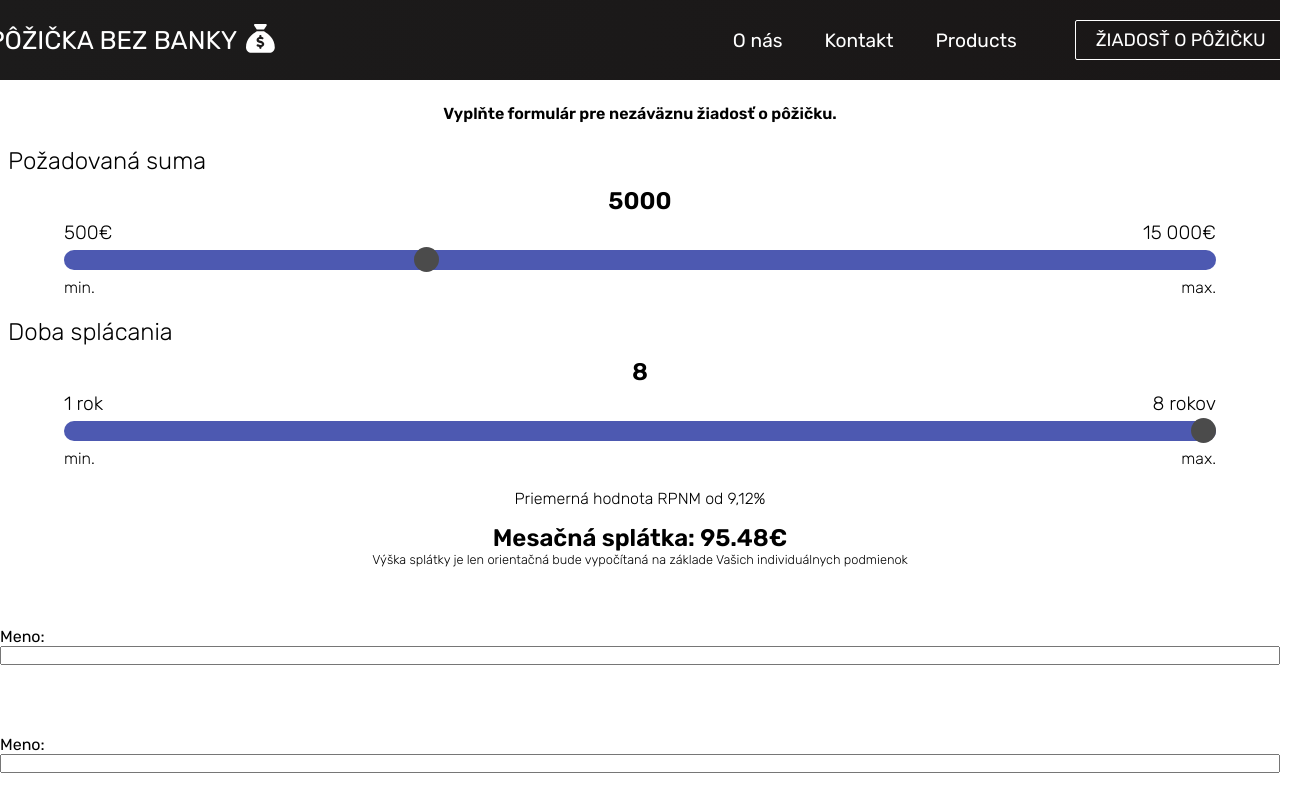
Repository: steve-lgtm/React-website-pozickabezbanky
Page: /ziadost
An editor plug-in stored every save of this project. The page is shown before and after the next save, followed by the edit.
The browser window is 1280 px wide. The page is 1305 px wide, so the pictures cover 1305 px, including what lies to the right of the window. The pictures show the whole page.
Some web libraries are served in a nearby version. The project was rebuilt for these pictures with package versions that can differ from the ones it lists, and the page was loaded fresh each time. Also part of the build but not shown: src/components/pages/Home.js, src/components/pages/Kontakt.js, src/components/pages/Products.js.

Above is the page before, as saved 2022-07-09 00:03:31.

### src/App.js
import React from 'react';
import Navbar from './components/Navbar';
import './App.css';
import Home from './components/pages/Home.js';
import { BrowserRouter as Router, Routes, Route } from 'react-router-dom';
import Kontakt from './components/pages/Kontakt';
import Products from './components/pages/Products';
import Ziadost from './components/pages/Ziadost';
import { library } from '@fortawesome/fontawesome-svg-core'
import { fas } from '@fortawesome/free-solid-svg-icons'


library.add(fas)


function App() {
  return (
      <Router>
        <Navbar />
        <Routes>
          <Route path='/' exact element={<Home />} />
          <Route path='/kontakt' element={<Kontakt/>} />
          <Route path='/products' element={<Products/>} />
          <Route path='/ziadost' element={<Ziadost/>} />
        </Routes>
      </Router>
  );
}

export default App;

### src/components/Navbar.js
import React, { useState, useEffect } from 'react';
import { Button } from './Button';
import { Link } from 'react-router-dom';
import './Navbar.css';
import { FontAwesomeIcon } from '@fortawesome/react-fontawesome';

function Navbar() {
  const [click, setClick] = useState(false);
  const [button, setButton] = useState(true);

  const handleClick = () => setClick(!click);
  const closeMobileMenu = () => setClick(false);

  const showButton = () => {
    if (window.innerWidth <= 1040) {
      setButton(false);
    } else {
      setButton(true);
    }
  };

  useEffect(() => {
    showButton();
  }, []);

  window.addEventListener('resize', showButton);

  return (
    <>
      <nav className='navbar'>
        <div className='navbar-container'>
          <Link to='/' className='navbar-logo' onClick={closeMobileMenu}>
            PÔŽIČKA BEZ BANKY
           {/* <FontAwesomeIcon icon="fa-solid fa-money-bill-1-wave" className='nav-icon'/> */}
           <FontAwesomeIcon icon="fa-solid fa-sack-dollar" className='nav-icon' />
          </Link>
          <div className='menu-icon' onClick={handleClick}>
            <i className={click ? 'fas fa-times' : 'fas fa-bars'} />
          </div>
          <ul className={click ? 'nav-menu active' : 'nav-menu'}>
            <li className='nav-item'>
              <Link to='/' className='nav-links' onClick={closeMobileMenu}>
                O nás
              </Link>
            </li>
            <li className='nav-item'>
              <Link
                to='/kontakt'
                className='nav-links'
                onClick={closeMobileMenu}
              >
                Kontakt
              </Link>
            </li>
            <li className='nav-item'>
              <Link
                to='/products'
                className='nav-links'
                onClick={closeMobileMenu}
              >
                Products
              </Link>
            </li>

            <li>
              <Link
                to='/ziadost'
                className='nav-links-mobile'
                onClick={closeMobileMenu}
              >
                ŽIADOSŤ O PÔŽIČKU
              </Link>
            </li>
          </ul>
          {button && <Button buttonStyle='btn--outline'>ŽIADOSŤ O PÔŽIČKU</Button>}
        </div>
      </nav>
    </>
  );
}

export default Navbar;

### src/App.css
@import url('https://fonts.googleapis.com/css2?family=Rubik:wght@300;400;600&display=swap');
* {
  box-sizing: border-box;
  margin: 0;
  padding: 0;
  font-family: 'Rubik', sans-serif;



}

.home,
.services,
.products,
.sign-up {
  display: flex;
  height: 89vh;
  align-items: center;
  justify-content: center;
  font-size: 3rem;
}

.services {
  background-color: blue;
  background-size: cover;
  background-repeat: no-repeat;
  color: rgb(0, 0, 0);
  font-size: 20px;
}

.products {
  background-color: blue;
  background-position: center;
  background-size: cover;
  background-repeat: no-repeat;
  color: #fff;
  font-size: 100 rem;
}

.sign-up {
  background-position: center;
  background-size: cover;
  background-repeat: no-repeat;
  color: rgb(0, 0, 0);
  font-size: 100px;
}
.home {
  background-position: center;
  background-size: cover;
  background-repeat: no-repeat;
  color: rgb(0, 0, 0);
  font-size: 100px;
}

### src/components/pages/Ziadost.js
import React from 'react';
import '../../App.css';
import './Ziadost.css'
import { useState } from 'react';
import { useFormik} from 'formik'

function PMT(ir, np, pv, fv, type) {

  //  * ir   - interest rate per month
  //  * np   - number of periods (months)
   // * pv   - present value
   // * fv   - future value
  //  * type - when the payments are due:
 //   *        0: end of the period, e.g. end of month (default)
  //  *        1: beginning of period

   var pmt, pvif;

   fv || (fv = 0);
   type || (type = 0);

   if (ir === 0)
       return -(pv + fv)/np;

   pvif = Math.pow(1 + ir, np);
   pmt = - ir * pv * (pvif + fv) / (pvif - 1);

   if (type === 1)
       pmt /= (1 + ir);


   return pmt;}

export default function Ziadost() {
  const [mounthAmount, setMounthAmount] = useState(95.48);
  const formik =  useFormik({
    initialValues: {
      amount: 5000,
      period: 8
    }
  });

 const changeAmount = (e) => {
  let urk_sdz = 0.1834;
  if(e.target.name==='amount'){
    let urk_sdz = 0.1834;
    if ( formik.values.period===1) urk_sdz = 0.3910;
    if ( formik.values.period>1 && formik.values.period<6 ) urk_sdz = 0.2098; //0.22;
    if ( formik.values.period>5 && formik.values.period<9 ) urk_sdz = 0.1834;
    let finalAmount = Math.round(PMT(Math.pow((1+urk_sdz),1/12)-1,(formik.values.period*12),-1*e.target.value)*100) /100;
  setMounthAmount(finalAmount)}

  if(e.target.name==='period'){
    if ( e.target.value===1) urk_sdz = 0.3910;
    if ( e.target.value>1 && e.target.value<6 ) urk_sdz = 0.2098; //0.22;
    if ( e.target.value>5 && e.target.value<9 ) urk_sdz = 0.1834;
    let finalAmount = Math.round(PMT(Math.pow((1+urk_sdz),1/12)-1,(e.target.value*12),-1*formik.values.amount)*100) /100;
    setMounthAmount(finalAmount)}
  };
  return (
    <>
      <h1 className='header-form'>
          Vyplňte formulár pre nezáväznu žiadosť o pôžičku.
        </h1>
      <form>
      <div className='container-form'>
        <div className='section-name'>Požadovaná suma</div>
            <h2>{formik.values.amount}</h2>
            <div className="containerslider">
                <div className="pullleft" style={{fontSize:"1.2rem"}}>
                    500€
                </div>
                <div className="pullright" style={{fontSize:"1.2rem"}}>
                    15 000€
                </div>
            <input type="range" name="amount" step="100" min="500" max="15000" onChange={(e) =>{formik.handleChange(e); changeAmount(e)}} value={formik.values.amount} className="slider" id="suma"/>
            <div className="pullleft" style={{fontSize: "1rem"}}>
                min.
            </div>
            <div className="pullright" style={{fontSize: "1rem"}}>
                max.
            </div>
            </div>

       <div className='section-name'>Doba splácania</div>
       <h2>{formik.values.period}</h2>
            <div className="containerslider">
                <div className="pullleft" style={{fontSize:"1.2rem"}}>
                    1 rok
                </div>
                <div className="pullright" style={{fontSize:"1.2rem"}}>
                    8 rokov
                </div>
            <input type="range" name="period" step="1" min="1" max="8" onChange={(e) => {formik.handleChange(e); changeAmount(e)}} value={formik.values.period} className="slider" id="doba"/>
            <div className="pullleft" style={{fontSize: "1rem"}}>
                min.
            </div>
            <div className="pullright" style={{fontSize: "1rem"}}>
                max.
            </div>
            </div>
            <div className="info">
        Priemerná hodnota RPNM od 9,12%
        </div>
        <h2> Mesačná splátka: {mounthAmount}€</h2>
        <div className="info2">
            Výška splátky je len orientačná bude vypočítaná na základe Vašich individuálnych podmienok
        </div>
            </div>
            <div className='section-name'></div>
          <div className='personal-data'>
            <div className='personal-data-field'>
          <label for="nameElm">Meno:</label>
      <input required type="text" name="Meno" id="nameid" size="15" maxlength="50" oninvalid="alert('Vyplňte meno!');"/>
      </div>
      <div className='personal-data-field'>
      <label for="nameElm">Meno:</label>
      <input required type="text" name="Meno" id="nameid" size="15" maxlength="50" oninvalid="alert('Vyplňte meno!');"/>
            </div>
            </div>
      </form>

    </>
  );
}

### src/components/Button.js
// import React from 'react';
// import './Button.css';
// import { Link } from 'react-router-dom';

// export function Button() {
//   return (
//     <Link to='sign-up'>
//       <button className='btn'>Sign Up</button>
//     </Link>
//   );
// }

import React from 'react';
import './Button.css';
import { Link } from 'react-router-dom';

const STYLES = ['btn--primary', 'btn--outline', 'btn--test'];

const SIZES = ['btn--medium', 'btn--large'];

export const Button = ({
  children,
  type,
  onClick,
  buttonStyle,
  buttonSize
}) => {
  const checkButtonStyle = STYLES.includes(buttonStyle)
    ? buttonStyle
    : STYLES[0];

  const checkButtonSize = SIZES.includes(buttonSize) ? buttonSize : SIZES[0];

  return (
    <Link to='/ziadost' className='btn-mobile'>
      <button
        className={`btn ${checkButtonStyle} ${checkButtonSize}`}
        onClick={onClick}
        type={type}
      >
        {children}
      </button>
    </Link>
  );
};

### src/components/Navbar.css
.navbar {
    background: linear-gradient(90deg, rgb(28, 27, 27) 0%, rgb(26, 23, 23) 100%);
    height: 80px;
    display: flex;
    justify-content: center;
    align-items: center;
    font-size: 1.2rem;
    position: sticky;
    top: 0;
    z-index: 999;
    font-weight: 400;
    white-space: nowrap;
  }

  .navbar-container {
    display: flex;
    justify-content: center;
    align-items: center;
    height: 80px;
    max-width: 1500px;
  }

  .navbar-logo {
    color: #fff;
    justify-self: start;
    margin-left: 0.5em;
    cursor: pointer;
    text-decoration: none;
    font-size: 1.6rem;
    display: flex;
    align-items: center;

  }

  .nav-icon {
    margin-left: 0.3em;
    margin-bottom: 0.1em;
    font-size: 1.8rem;
  }

  .nav-menu {
    display: grid;
    grid-template-columns: repeat(4, auto);
    grid-gap: 10px;
    list-style: none;
    text-align: center;
    width: 60vw;
    justify-content: end;
    margin-right: 2rem;
  }

  .nav-item {
    height: 3.5em;
  }

  .nav-links {
    color: #fff;
    display: flex;
    align-items: center;
    text-decoration: none;
    padding: 0.5rem 1rem;
    height: 100%;
  }

  .nav-links:hover {
    border-bottom: 4px solid #fff;
    transition: all 0.2s ease-out;
  }

  .fa-bars {
    color: rgb(255, 255, 255);
  }

  .nav-links-mobile {
    display: none;
  }

  .menu-icon {
    display: none;
  }

  @media screen and (max-width: 1040px) {
    .NavbarItems {
      position: relative;
    }

    .nav-menu {
      display: flex;
      flex-direction: column;
      justify-content: flex-start;
      width: 100%;
      height: 100vh;
      position: absolute;
      top: 80px;
      left: -100%;
      opacity: 1;
      transition: all 0.5s ease;
    }

    .nav-menu.active {
      background: #242222;
      left: 0;
      opacity: 1;
      transition: all 0.5s ease;
      z-index: 1;
    }

    .nav-links {
      font-size: 1.5rem;
      text-align: center;
      padding: 2rem;
      width: 100%;
      display: table;
    }

    .nav-links:hover {
      background-color: #fff;
      color: #242424;
      border-radius: 0;
    }

    .navbar-logo {
      float: left;}

    .navbar {
      justify-content: flex-start;
    }
    .navbar-container {
      float: left;
    }
    .menu-icon {
      display: block;
      position: absolute;
      top: 0;
      right: 0;
      transform: translate(-100%, 60%);
      font-size: 1.8rem;
      cursor: pointer;
    }

    .fa-times {
      color: #fff;
      font-size: 2rem;
    }

    .nav-links-mobile {
      display: block;
      text-align: center;
      margin: 2rem auto;
      border-radius: 4px;
      width: 80%;
      text-decoration: none;
      font-size: 1.5rem;
      background-color: transparent;
      color: #fff;
      padding: 14px 20px;
      border: 1px solid #fff;
      transition: all 0.3s ease-out;
    }

    .nav-links-mobile:hover {
      background: #fff;
      color: #242424;
      transition: 250ms;
    }
  }

### src/components/pages/Ziadost.css

.container-form {
margin: 0.5em;
display: flex;
flex-direction: column;
align-items: center;
font-weight: 300;
}
.pullleft{
    margin-top:0.3em;
    margin-bottom: 0.3em;
    float: left;

}
.pullright{
    margin-top:0.3em;
    margin-bottom: 0.3em;
    float: right;
}

.containerslider {
    width: 90vw;
    margin-bottom: 1em;
}
.header-form {
    text-align: center;
    font-size: 1rem;
    padding: 1em;
    padding-top: 1.5em;
}
.info{
    font-size: 1rem;
    color:black;
    text-align: center;
    margin-bottom: 1em;
}
.info2{
    font-size: 0.8rem;
    color:black;
    text-align: center;
    margin-bottom: 1em;
}
.slider {
    -webkit-appearance: none;
    width: 100%;
    height: 20px;
    background: #021391;
    outline: none;
    opacity: 0.7;
    -webkit-transition: .2s;
    transition: opacity .2s;
    border-radius: 1em;

  }
.section-name {
    align-self: flex-start;
    font-size: 1.5em;
    margin-bottom: 0.5em;
}

  .slider::-webkit-slider-thumb {
    -webkit-appearance: none;
    appearance: none;
    width: 25px;
    height: 25px;
    background: #000000;
    cursor: pointer;
    border-radius: 40px;
  }

  .slider::-moz-range-thumb {
    width: 25px;
    height: 25px;
    background: #000000;
    cursor: pointer;
  }
.arrow{
    width: 70px;
    margin-bottom: -1em;
}

.personal-data{
    display: flex;
    flex-direction: column;
    justify-content:space-around;
    height: 30vh;
}
.personal-data-field{
    display: flex;
    flex-direction: column;

}

### src/components/Button.css
:root {
  --primary: #fff;
}

.btn {
  padding: 8px 20px;
  border-radius: 2px;
  outline: none;
  border: none;
  cursor: pointer;
}

.btn--primary {
  background-color: var(--primary);
  color: #242424;
  border: 1px solid var(--primary);
}

.btn--outline {
  background-color: transparent;
  color: #fff;
  padding: 8px 20px;
  border: 1px solid var(--primary);
  transition: all 0.3s ease-out;
}

.btn--medium {
  margin-right: 1em;
  padding: 8px 20px;
  font-size: 18px;
}

.btn--large {
  padding: 12px 26px;
  font-size: 20px;
}

.btn--large:hover,
.btn--medium:hover {
  transition: all 0.3s ease-out;
  background: #fff;
  color: #242424;
  transition: 250ms;
}

Loaded but not shown: public/index.html (common file); src/index.js (common file); src/index.css (common file)

After the next save:
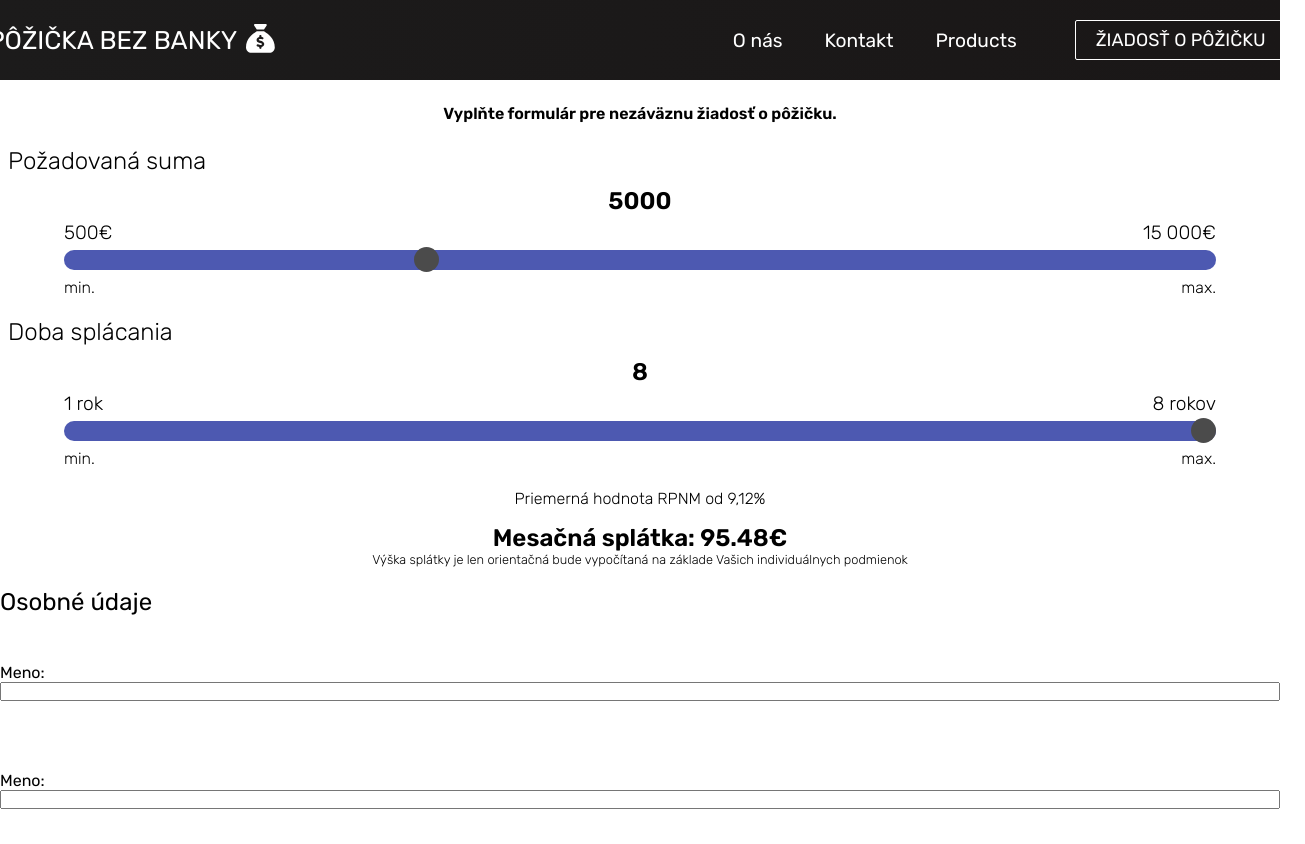
Saved 11 s later.
--- a/src/components/pages/Ziadost.js
+++ b/src/components/pages/Ziadost.js
@@ -107,7 +107,7 @@ export default function Ziadost() {
             Výška splátky je len orientačná bude vypočítaná na základe Vašich individuálnych podmienok
         </div>
             </div>
-            <div className='section-name'></div>
+            <div className='section-name'>Osobné údaje</div>
           <div className='personal-data'>
             <div className='personal-data-field'>
           <label for="nameElm">Meno:</label>
